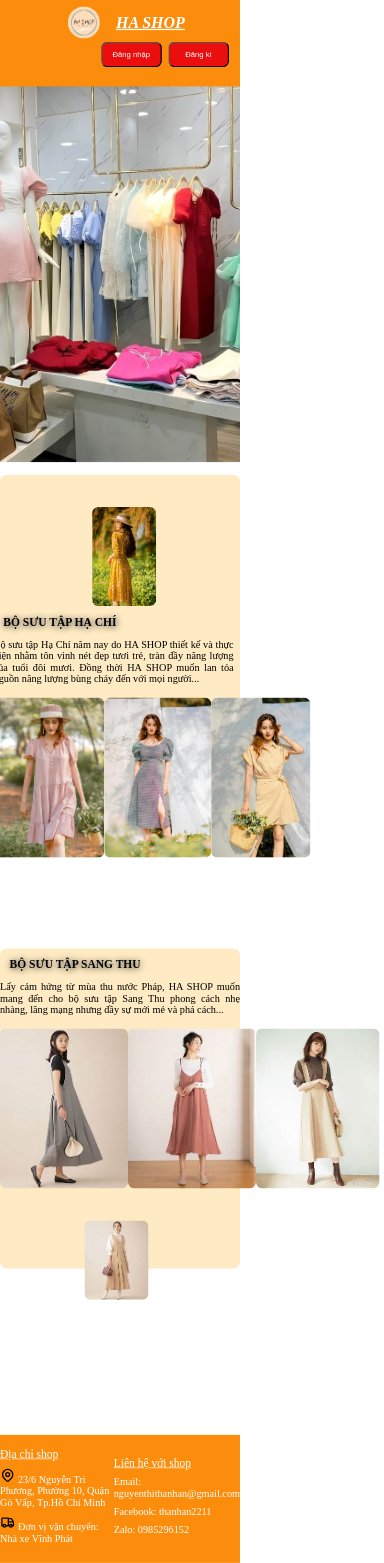
Repository: manhhieu120499/Project_ShopQuanAo
Page: index.html
These files come from the project's save history. The page is drawn as it stood at one moment and after the next save; the edit follows.
The browser window is 375 px wide. The page is 593 px wide, then 600 px, so the pictures cover 600 px, including what lies to the right of the window. The pictures show the whole page, at 64% of full size.

Above is the page before, as saved 2023-04-07 23:42:24.

### index.html
<!DOCTYPE html>
<html lang="en">

<head>
    <meta charset="UTF-8" />
    <meta http-equiv="X-UA-Compatible" content="IE=edge" />
    <meta name="viewport" content="width=device-width, initial-scale=1.0" />
    <title>Document</title>
    <link rel="stylesheet" href="/css/style_trangchu.css">
    <link rel="stylesheet" href="/responsive/responsive_trangchu.css">
</head>

<body>
    <div class="wrap">
        <div class="header">
            <div class="left-header">
                <img src="/image/image_trangchu/Thời trang hiện dại.png" alt="logo_shop" class="picture"/>
                <h2 class="shop_name">HA SHOP</h2>
            </div>

            <div class="right-header">
                <div class="link">
                    <a href="#">Trang Chủ</a>
                    <a href="http://127.0.0.1:5501/html/ban_hang.html">Cửa Hàng</a>
                    <a href="#">Liên hệ</a>
                </div>
                 <div class="btn">
                     <button>Đăng nhập</button>
                     <button>Đăng kí</button>
                 </div>
            </div>

        </div>

        <div class="slide_bar">
            <img src="/image/image_trangchu/slide.jpg" alt="slide_picture">
        </div>

        <div class="album">
            <div class="album_one">
                <div class="left_picture">
                     <img src="/image/image_trangchu/10.jpg" alt="picture_ha_chi">
                </div>
                <div class="right_description">
                      <h2 class="title_album">BỘ SƯU TẬP HẠ CHÍ</h2>
                      <p class="desc">   Bộ sưu tập Hạ Chí năm nay do HA SHOP thiết kế và thực hiện nhằm tôn vinh nét đẹp tươi trẻ, tràn đầy năng lượng của tuổi đôi mươi. Đồng thời HA SHOP muốn lan tỏa nguồn năng lượng bùng cháy đến với mọi người...</p>
                      <div class="picture_etc">
                        <img src="/image/image_trangchu/11.jpg" alt="picture_ha_chi">
                        <img src="/image/image_trangchu/12.jpg" alt="picture_ha_chi">
                        <img src="/image/image_trangchu/13.jpg" alt="picture_ha_chi">
                      </div>
                </div>

            </div>

            <div class="album_two album_one ">
                <div class="right_description">
                    <h2 class="title_album">BỘ SƯU TẬP SANG THU</h2>
                    <p class="desc">   Lấy cảm hứng từ mùa thu nước Pháp, HA SHOP muốn mang đến cho bộ sưu tập Sang Thu phong cách nhẹ nhàng, lãng mạng nhưng đầy sự mới mẻ và phá cách...</p>
                    <div class="picture_etc">
                        <img src="/image/image_trangchu/5.jpg" alt="picture_sang_thu">
                        <img src="/image/image_trangchu/8.jpg" alt="picture_sang_thu">
                        <img src="/image/image_trangchu/6.jpg" alt="picture_sang_thu">
                    </div>
                </div>
                <div class="left_picture">
                     <img src="/image/image_trangchu/3.jpg" alt="picture_sang_thu">
                </div>

            </div>
        </div>

        <div class="footer">
            <div class="left_footer">
                  <p class="address">Địa chỉ shop</p>
                  <p>
                    <a class="icon">
                        <svg xmlns="http://www.w3.org/2000/svg" class="icon icon-tabler icon-tabler-map-pin" width="24" height="24" viewBox="0 0 24 24" stroke-width="2" stroke="currentColor" fill="none" stroke-linecap="round" stroke-linejoin="round">
                            <path stroke="none" d="M0 0h24v24H0z" fill="none"></path>
                            <path d="M12 11m-3 0a3 3 0 1 0 6 0a3 3 0 1 0 -6 0"></path>
                            <path d="M17.657 16.657l-4.243 4.243a2 2 0 0 1 -2.827 0l-4.244 -4.243a8 8 0 1 1 11.314 0z"></path>
                         </svg>
                    </a>
                     23/6 Nguyễn Tri Phương, Phường 10, Quận Gò Vấp, Tp.Hồ Chí Minh
                  </p>
                  <p>
                    <a>
                        <svg xmlns="http://www.w3.org/2000/svg" class="icon icon-tabler icon-tabler-truck" width="24" height="24" viewBox="0 0 24 24" stroke-width="2" stroke="currentColor" fill="none" stroke-linecap="round" stroke-linejoin="round">
                            <path stroke="none" d="M0 0h24v24H0z" fill="none"></path>
                            <path d="M7 17m-2 0a2 2 0 1 0 4 0a2 2 0 1 0 -4 0"></path>
                            <path d="M17 17m-2 0a2 2 0 1 0 4 0a2 2 0 1 0 -4 0"></path>
                            <path d="M5 17h-2v-11a1 1 0 0 1 1 -1h9v12m-4 0h6m4 0h2v-6h-8m0 -5h5l3 5"></path>
                         </svg>
                         Đơn vị vận chuyển: Nhà xe Vĩnh Phát
                    </a>
                  </p>
            </div>
            <div class="right_footer">
                 <p class="address">Liên hệ với shop</p>
                 <p>Email: nguyenthithanhan@gmail.com</p>
                 <p>Facebook: thanhan2211</p>
                 <p>Zalo: 0985296152</p>
            </div>

        </div>
    </div>

</body>

</html>

### css/style_trangchu.css
* {
    margin: 0;
    box-sizing: border-box;
}

.wrap {
    display: flex;
    flex-direction: column;
    width: 100%;
    height: 100%;
}


.header {
    background-color: #FC8D0C;
    display: flex;
    justify-content: space-around;
    position: fixed;
    width: 100%;
    top: 0;
    left: 0;
    padding: 10px 0;
    z-index: 1;
}

.left-header {
    width: 270px;
    display: flex;
    align-items: center;
    justify-content: space-between;
}

.left-header .picture {
    width: 100px;
    height: 100px;
    border-radius: 50%;
}

.left-header .shop_name {
    color: white;
    font-size: 25px;
    text-decoration: underline;
    font-style: italic;
}

.right-header .link {
    width: 400px;
    display: flex;
    justify-content: space-between;
}

.right-header .link a:hover {
    color: black;
}

.right-header .link > a {
    color: white;
    text-decoration: none;
    font-size: 25px;
    /* padding: 10px 35px; */
}

.right-header {
    width: 800px;
    display: flex;
    align-items: flex-end;
    margin-bottom: 20px;
    justify-content: space-between;
}

.right-header .btn {
    display: flex;
    justify-content: space-between;
    width: 300px;
}

.right-header .btn > button {
    background-color: #EA0E0E;
    padding: 10px 15px;
    border-radius: 10px;
    font-size: 16px;
    color: white;
    width: 200px;
    height: 40px;
    margin-left: 10px;
}



/* slide bar*/
.slide_bar {
    margin-top: 122px;
    height: 400px;
}
.slide_bar > img{
    width: 100%;
    object-fit: cover;
    height: 600px;
    display: block;
    margin-bottom: 20px;
}

/*album bo suu tap*/
.album {
    display: flex;
    width: calc(100% - 32px);
    flex-direction: column;
}
.album_one {
    margin-top: 220px;
    width: calc(100% - 32px);
    margin-left: 32px;
    height: 500px;
    background-color: #FEEAC3;
    display: flex;
    justify-content: space-around;
    align-items: center;
    border-radius: 10px;

}

.left_picture {
    width: 340px;
    height: 440px;
}
.left_picture img{
    width: 340px;
    height: 440px;
    border-radius: 10px;
}

.left_picture img:hover {
    transform: scale(1.1);
    transition: ease all 0.7s;
}

.right_description {
    width: 700px;
    height: 440px;
    display: flex;
    flex-direction: column;
}

.right_description > .picture_etc{
    display: flex;
    align-items: center;
    justify-content: space-between;
}

.right_description > .picture_etc > img {
    width: 200px;
    height: 300px;
    border-radius: 10px;
    object-fit: cover;
    margin-top: 10px;
}

.right_description > .picture_etc > img:hover {
    transform: scale(1.1);
    transition: ease all 0.7s;
}

.right_description .title_album {
    font-weight: 600px;
    margin-bottom: 15px;
    text-shadow: 1px 1px 10px #222;
}

.right_description .desc {
    font-size: 18px;
    text-align: start;
    margin-bottom: 10px;
}

.album .album_two {
    margin-top: 20px;
}

/*footer*/
.footer {
    margin-top: 40px;
    width: 100%;
    height: 200px;
    background-color: #FC8D0C;
    display: flex;
    justify-content: space-around;
    align-items: center;
    color: white;
}

.footer .left_footer {
    display: flex;
    flex-direction: column;
}

.left_footer p {
    margin-bottom: 10px;
}

.left_footer .address {
    text-decoration: underline;
    font-size: 18px;
}

.footer .right_footer {
    display: flex;
    flex-direction: column;
}

.right_footer p {
    margin-bottom: 10px;
}

.right_footer .address {
    text-decoration: underline;
    font-size: 18px;
}

.footer svg {
    color: black;
}

### responsive/responsive_trangchu.css
/*ipad pro*/
@media only screen and (max-width: 1024px){
    .left-header {
        width: 230px;
        margin-left: 20px;
    }

    .right-header .link {
        width: 350px;
        margin-left: 60px;
    }

    .btn {
        margin-right: 30px;
    }

    .album_one .left_picture{
        width: 250px;
        height: 350px;
        margin-left: 12px;
    }
    .album_one .left_picture > img {
        width: 100%;
        height: 100%;
    }


    .album_one .right_description {
        width: 650px;
        margin-right: 20px;
    }


    .right_description > .picture_etc > img {
        width: 200px;
        height: 250px;
    }

    .right_description .desc{
        text-align: justify;
    }

    .album_two .left_picture {
        margin-right: 24px;
    }

    .album_two .right_description {
        margin-left: 20px;
    }
}

/*iphone x*/
@media only screen and (max-width: 376px) {
    .wrap {
        width: 375px;
    }
    .header {
        width: 375px;
        display: flex;
        flex-direction: column;
        align-items: center;

    }

    .left-header {
        justify-content: center;
        gap: 25px;
    }
    .right-header .link {
        width: 0;
    }

    .right-header .link > a{
        display: none;
    }

    .left-header .picture {
        width: 50px;
        height: 50px;
    }

    .right-header {
        width: 200px;
    }
    .right-header .btn {
       display: flex;
       justify-content: space-between;


    }

    .right-header .btn > button{
       width: 95px;
       height: 40px;
       font-size: 12px;
       text-align: center;
       margin-top: 5px;
    }

    .album_one {
       width: 375px;
       margin: 220px auto;
    }

    .album_one {
        display: flex;
        flex-direction: column;
        width: 375px;
    }

    .album_one .left_picture {
        width: 100px;
        margin-top: 50px;
    }

    .album_one .right_description {
        width: 375px;

    }

    .right_description .title_album {
        font-size: 18px;
        margin: 15px 0 15px 15px;
    }

    .right_description .desc {
        font-size: 16px;
    }



}

After the next save:
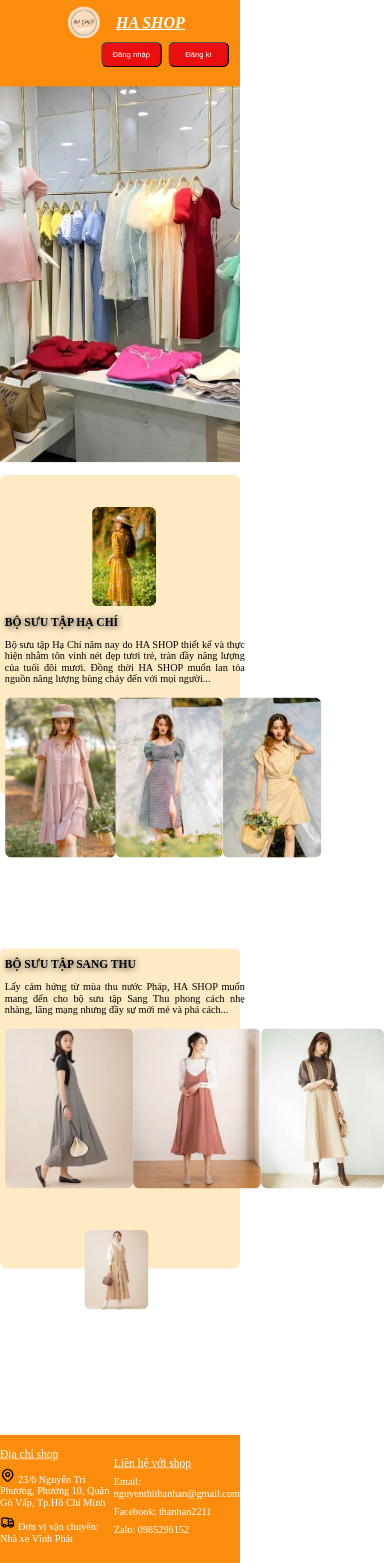
Saved 12 s later.
--- a/responsive/responsive_trangchu.css
+++ b/responsive/responsive_trangchu.css
@@ -115,12 +115,12 @@
 
     .album_one .right_description {
         width: 375px;
-
+        margin: 15px 0 15px 15px;
     }
 
     .right_description .title_album {
         font-size: 18px;
-        margin: 15px 0 15px 15px;
+
     }
 
     .right_description .desc {
